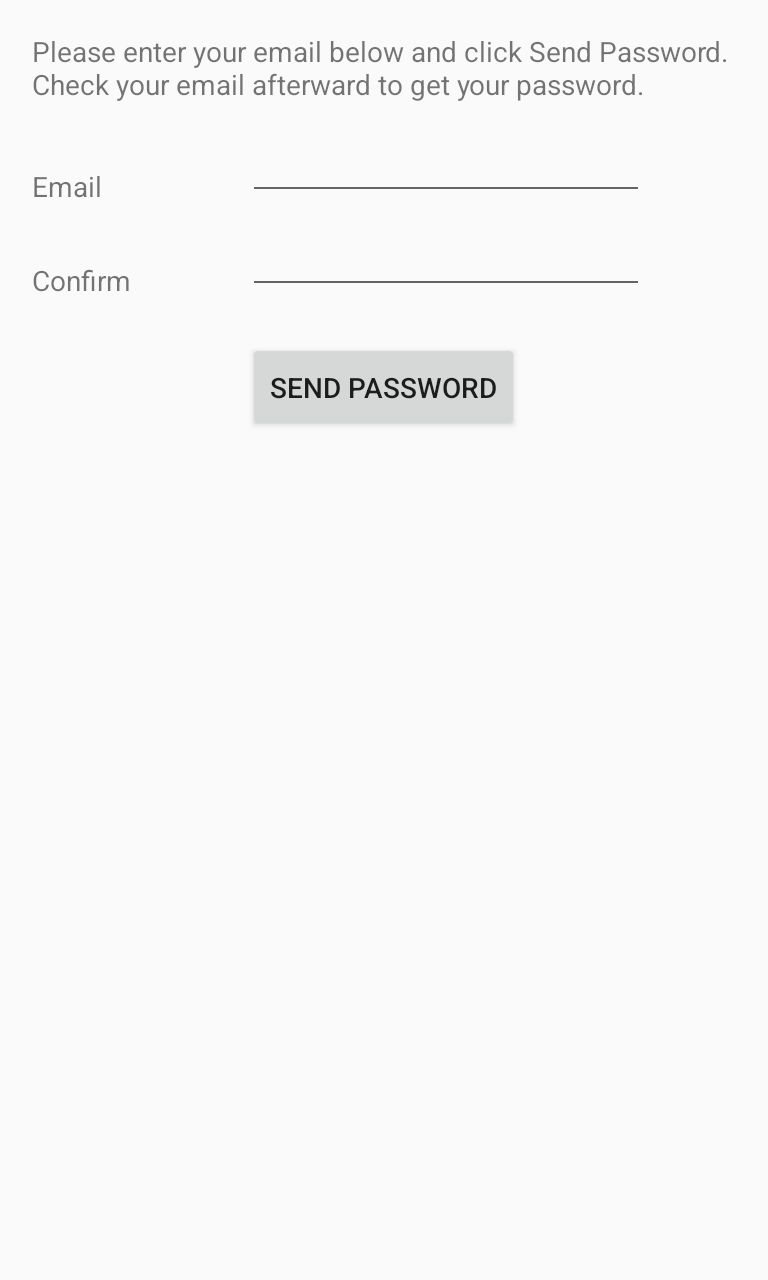
Repository: zerox2012/Fall2014Android
Layout: FishingBuddy/res/layout/activity_forgot_password.xml
An editor plug-in stored every save of this project. The layout is shown before and after the next save, followed by the edit.
It is drawn on a 768 x 1280 px phone screen (xhdpi) without system bars, with theme AppTheme; the app's code is not run.

Above is the layout before, as saved 2014-10-20 23:05:59.

After the next save:
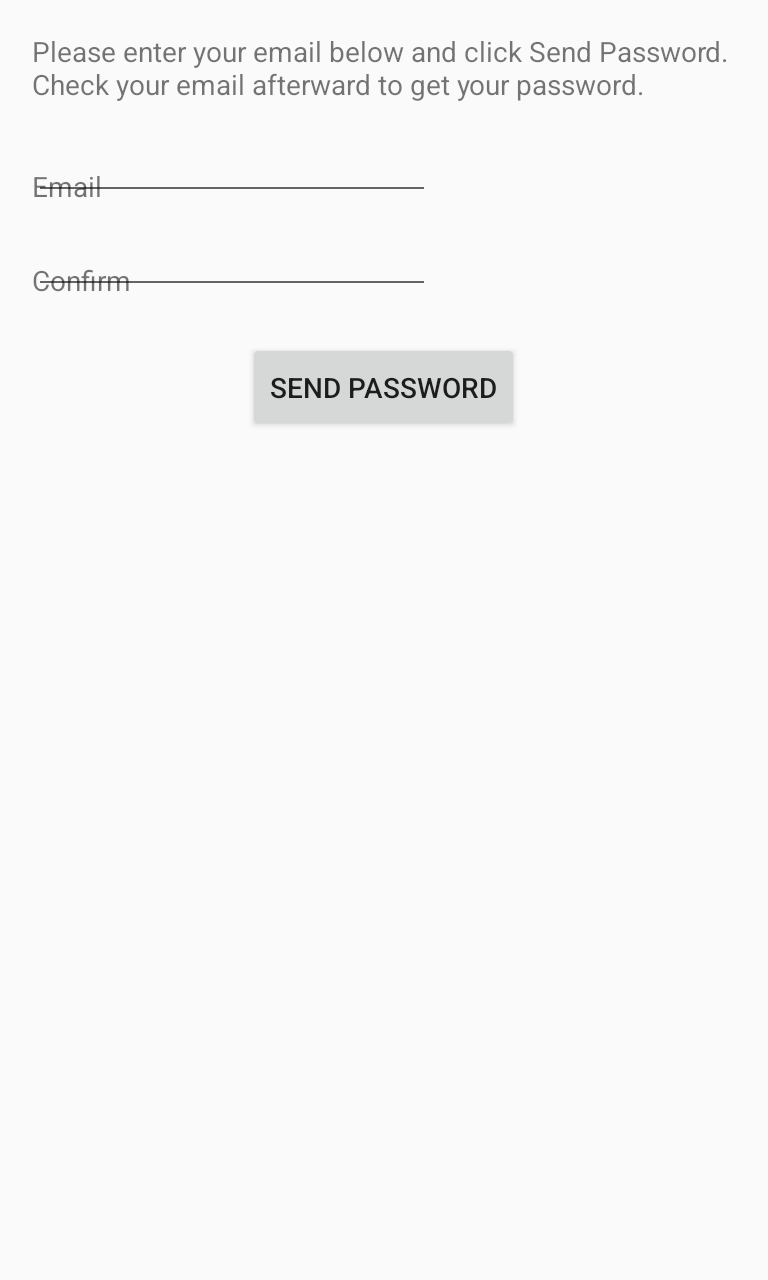
Saved 3 min 37 s later.
--- a/FishingBuddy/res/layout/activity_forgot_password.xml
+++ b/FishingBuddy/res/layout/activity_forgot_password.xml
@@ -32,7 +32,7 @@
         android:text="@string/label_confirm_email" />
 
     <Button
-        android:id="@+id/button_create"
+        android:id="@+id/button_send_password"
         android:layout_width="wrap_content"
         android:layout_height="wrap_content"
         android:layout_below="@+id/email2"

After the save that followed:
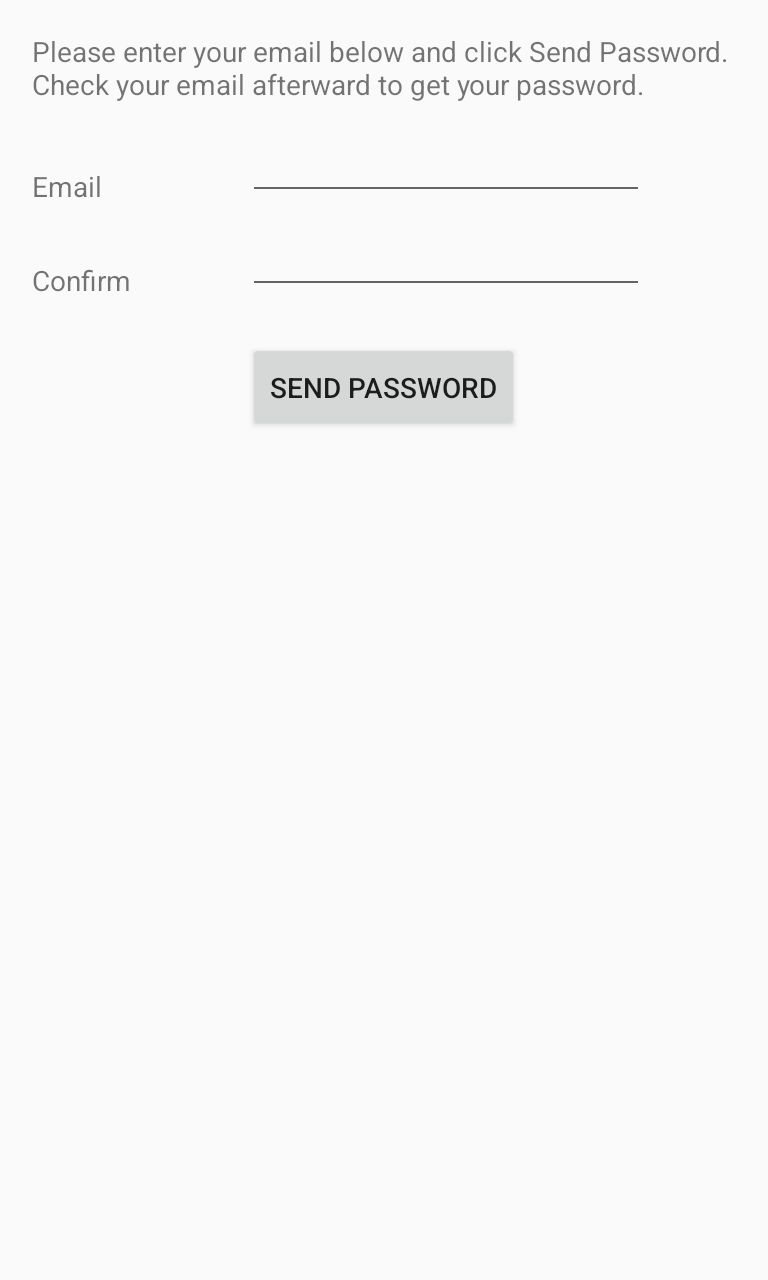
Saved 16 s later.
--- a/FishingBuddy/res/layout/activity_forgot_password.xml
+++ b/FishingBuddy/res/layout/activity_forgot_password.xml
@@ -45,7 +45,7 @@
         android:layout_width="200dp"
         android:layout_height="wrap_content"
         android:layout_alignBottom="@+id/label_confirm_email"
-        android:layout_alignLeft="@+id/button_create"
+        android:layout_alignLeft="@+id/button_send_password"
         android:ems="10"
         android:inputType="textEmailAddress" />
 
